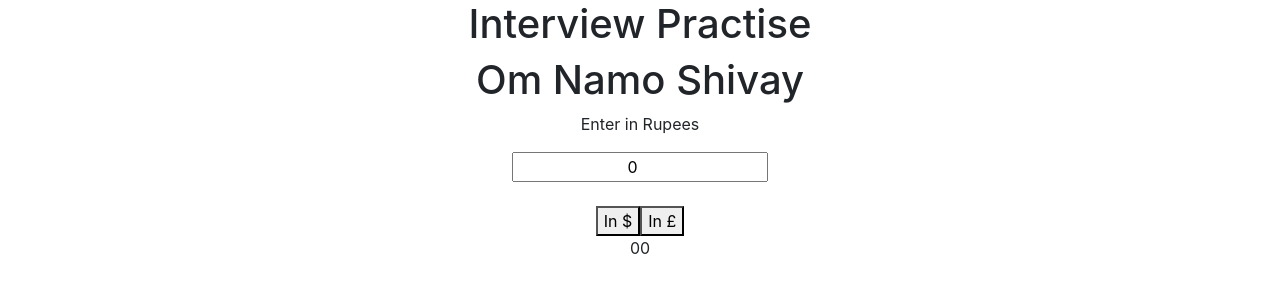
Repository: punitbathija/Machine-Round-React
Page: /
These files come from the project's save history. The page is drawn as it stood at one moment and after a run of saves; the edit follows.
The browser window is 1280 px wide. The pictures show the whole page.
The project was rebuilt for these pictures with package versions that can differ from the ones it lists, and the page was loaded fresh each time. Also part of the build but not shown: src/components/counter.jsx, src/components/ProgressBar.js.

Above is the page before, as saved 2023-06-01 13:27:38.

### src/index.js
import React from "react";
import ReactDOM from "react-dom/client";
import Counter from "./components/counter";
import "./index.css";
import ProgressBar from "./components/ProgressBar";
import CurrencyCoverter from "./components/CurrencyCoverter";
// import FetchApi from "./components/FetchApi";

const root = ReactDOM.createRoot(document.getElementById("root"));
root.render(
  <>
    <h1 className="text-center">Interview Practise</h1>
    {/* <Counter /> */}
    {/* <FetchApi /> */}
    {/* <ProgressBar /> */}
    <CurrencyCoverter />
  </>
);

### src/components/CurrencyCoverter.js
import React, { useState } from "react";

const CurrencyCoverter = () => {
  const [amount, setAmount] = useState(0);
  const [inDollars, setInDollars] = useState(0);
  const [inPounds, setInPounds] = useState(0);

  const convertToDollar = () => {
    setInDollars(amount / 82.5);
    setAmount("");
  };

  const convertToPounds = () => {
    setInPounds(amount / 102.4);
    setAmount("");
  };

  return (
    <div style={{ textAlign: "center" }}>
      <h1>Om Namo Shivay</h1>
      <p>Enter in Rupees</p>
      <input
        name="inRupees"
        type="number"
        placeholder="enter amount"
        style={{ textAlign: "center" }}
        value={amount}
        onChange={(e) => setAmount(e.target.value)}
      />
      <br />
      <br />
      <button onClick={convertToDollar}>In $</button>
      <button onClick={convertToPounds}>In £</button>
      <br />
      {inDollars && <p>${inDollars}</p>}
      {inPounds && <p>{inPounds}</p>}
    </div>
  );
};

export default CurrencyCoverter;

Loaded but not shown: public/index.html (common file); src/index.css (common file)

After the next 2 saves:
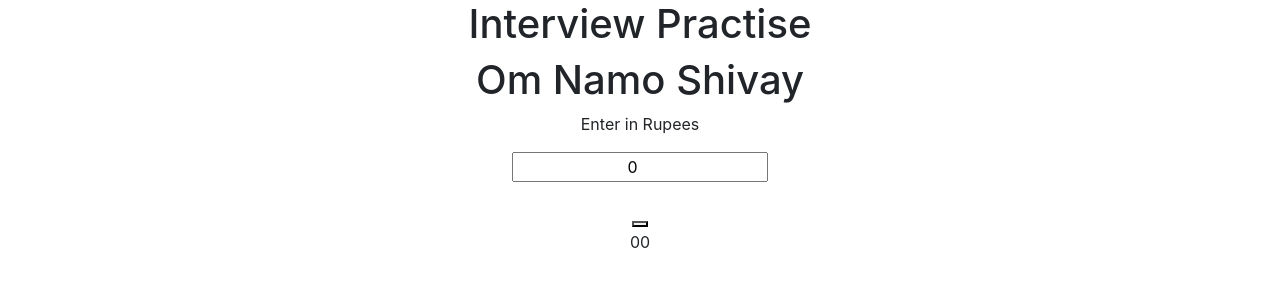
The 2 saves are shown as one change because they came seconds apart.
The last was saved 26 min 59 s later.
--- a/src/components/CurrencyCoverter.js
+++ b/src/components/CurrencyCoverter.js
@@ -15,6 +15,11 @@ const CurrencyCoverter = () => {
     setAmount("");
   };
 
+  const convert = () => {
+    convertToDollar();
+    convertToPounds();
+  };
+
   return (
     <div style={{ textAlign: "center" }}>
       <h1>Om Namo Shivay</h1>
@@ -29,8 +34,9 @@ const CurrencyCoverter = () => {
       />
       <br />
       <br />
-      <button onClick={convertToDollar}>In $</button>
-      <button onClick={convertToPounds}>In £</button>
+      {/* <button onClick={convertToDollar}>In $</button>
+      <button onClick={convertToPounds}>In £</button> */}
+      <button onClick={convert}></button>
       <br />
       {inDollars && <p>${inDollars}</p>}
       {inPounds && <p>{inPounds}</p>}
